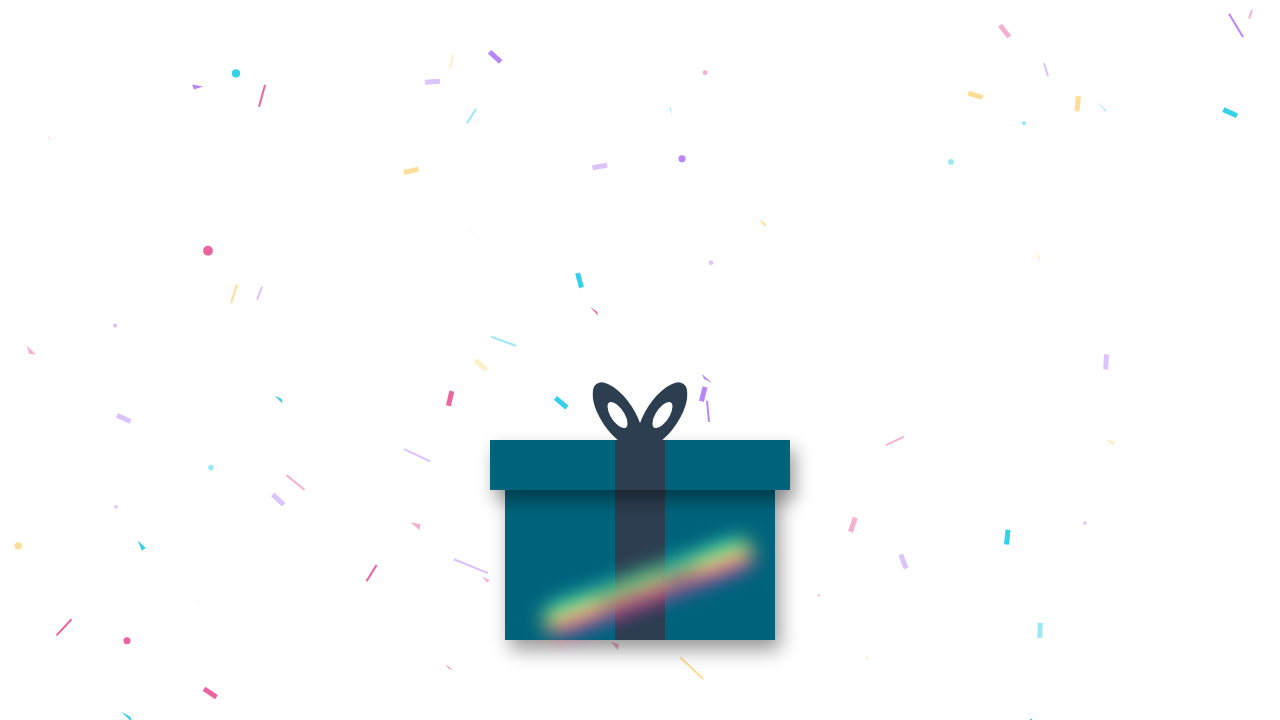
Repository: trongnghia161001/birth_day
Page: index.html
The author's editor kept a copy of each file at every save. The page is drawn from the files as they stood at one save, then again after the next save.
The browser window is 1280 px wide. The pictures show the whole page.

Above is the page before, as saved 2022-11-14 22:17:34.

### index.html
<!DOCTYPE html>
<html>

<head>
  <meta charset="utf-8" />
  <meta name="viewport" content="width=device-width" />
  <title>Happy Birthday!</title>

  <link rel="stylesheet" href="styles/flexbox-center-container.css" media="all">
  <link rel="stylesheet" href="styles/system-fonts.css" media="all">
  <link rel="stylesheet" href="styles/style.css" media="all">
</head>

<body>
  <canvas id=c></canvas>
  <canvas id="confetti"></canvas>
  <div class="container" id="count">
    <h1 id="head">Countdown to your birthday:</h1>
    <ul>
      <li><span id="day"></span>days</li>
      <li><span id="hour"></span>hours</li>
      <li><span id="minute"></span>minutes</li>
      <li><span id="second"></span>seconds</li>
    </ul>
  </div>
  <div id="merrywrap" class="merrywrap">
    <canvas id="snowfall"></canvas>
    <div class="giftbox">
      <div class="cover">
        <div></div>
      </div>
      <div class="box"></div>
    </div>
</body>
<script src="scripts/confetti.min.js" charset="utf-8"></script>
<script src="scripts/index.js" charset="utf-8"></script>

</html>

### styles/style.css
* {
  box-sizing: border-box;
  margin: 0;
  padding: 0;
}
canvas {
  position: absolute;
  top: 0;
  left: 0;
}
body {
  background: #ffffff;
  overflow: hidden;
}
.container {
  color: rgba(55, 59, 65, 0.8);
  font-family: Helvetica, sans-serif;
  font-weight: lighter;
  text-align: center;
}

h1 {
  font-weight: normal;
}
li {
  display: inline-block;
  font-size: 1.5em;
  list-style-type: none;
  padding: 1em;
  text-transform: uppercase;
}
li span {
  display: block;
  font-size: 4.5rem;
}
.merrywrap {
  position: absolute;
  right: 40px;
  left: 40px;
  bottom: 80px;
  top: 40px;
}
.giftbox {
  position: absolute;
  width: 300px;
  height: 200px;
  left: 50%;
  margin-left: -150px;
  bottom: 0;
  z-index: 10;
}


.giftbox > div {
  background: rgb(0, 99, 124);
  position: absolute;
  box-shadow: 5px 10px 18px rgba(0, 0, 0, 0.4);
}

.giftbox:hover > div {
  box-shadow: none;
  transition: 1s all;
}

.giftbox > div:after, .giftbox > div:before {
  position: absolute;
  content: "";
  top: 0;
}
.giftbox:after {
  position: absolute;
  color: #2C3E50;
  width: 100%;
  content: "Click Me!";
  left: 50px;
  bottom: 0;
  font-size: 24px;
  text-align: center;
  transform: rotate(-20deg);
  transform-origin: 0 0;
  background: linear-gradient(#14ffe9, #ffeb3b, #ff00e0);
  height: 30px;
  width: 220px;
  border-radius: 50px;
  filter: blur(10px);
}

.giftbox:after:hover {

}

.giftbox .cover {
  width: 100%;
  top: 0;
  left: 0;
  height: 25%;
  z-index: 2;
}
.giftbox .cover:before {
  position: absolute;
  height: 100%;
  left: 50%;
  width: 50px;
  transform: translateX(-50%);
  background: #2C3E50;
}
.giftbox .cover > div {
  position: absolute;
  width: 50px;
  height: 50px;
  left: 50%;
  top: -50px;
  transform: translateX(-50%);
}
.giftbox .cover > div:before, .giftbox .cover > div:after {
  position: absolute;
  left: 0;
  top: 0;
  width: 100%;
  height: 100%;
  content: "";
  box-shadow: inset 0 0 0 15px #2C3E50;
  border-radius: 30px;
  transform-origin: 50% 100%;
}
.giftbox .cover > div:before {
  transform: translateX(-45%) skewY(40deg);
}
.giftbox .cover > div:after {
  transform: translateX(45%) skewY(-40deg);
}
.giftbox .box {
  right: 5%;
  left: 5%;
  height: 80%;
  bottom: 0;
}
.giftbox .box:before {
  width: 50px;
  height: 100%;
  left: 50%;
  transform: translateX(-50%);
  background: #2C3E50;
}
.giftbox .box:after {
  width: 100%;
  height: 30px;
  background: rgba(0, 0, 0, 0);
}
.step-1 .giftbox {
  animation: wobble 0.5s linear infinite forwards;
}
.step-1 .cover {
  animation: wobble 0.5s linear infinite 5s forwards;
}
.step-1 .icons .row span {
  opacity: 1;
}
.step-2 .giftbox:after {
  opacity: 0;
}
.step-3 .giftbox, .step-4 .giftbox {
  opacity: 0;
  z-index: 1;
}
.step-3 .giftbox:after, .step-4 .giftbox:after {
  opacity: 0;
}
.step-2 .giftbox .cover {
  animation: flyUp 2s ease-in forwards;
}
.step-2 .giftbox .box {
  animation: flyDown 2s ease-in 0.05s forwards;
}
@keyframes wobble {
  25% {
      transform: rotate(4deg);
 }
  75% {
      transform: rotate(-2deg);
 }
}
@keyframes flyUp {
  75% {
      opacity: 1;
 }
  100% {
      transform: translateY(-1000px) rotate(20deg);
      opacity: 0;
 }
}
@keyframes flyDown {
  75% {
      opacity: 1;
 }
  100% {
      transform: translateY(100%);
      opacity: 0;
 }
}

### scripts/index.js
const count = document.getElementById('count');
const head = document.getElementById('head');
const giftbox = document.getElementById('merrywrap');
const canvasC = document.getElementById('c');

const config = {
  birthdate: 'Jan 29, 2020',
  name: 'Darlene'
};

function hideEverything() {
  head.style.display = 'none';
  count.style.display = 'none';
  giftbox.style.display = 'none';
  canvasC.style.display = 'none';
}

hideEverything();

const confettiSettings = { target: 'confetti' };
const confetti = new window.ConfettiGenerator(confettiSettings);
confetti.render();

const second = 1000,
  minute = second * 60,
  hour = minute * 60,
  day = hour * 24;

let countDown = new Date(`${config.birthdate} 00:00:00`).getTime();
x = setInterval(function() {
  let now = new Date().getTime(),
    distance = countDown - now;

  document.getElementById('day').innerText = Math.floor(distance / day);
  document.getElementById('hour').innerText = Math.floor(
    (distance % day) / hour
  );
  document.getElementById('minute').innerText = Math.floor(
    (distance % hour) / minute
  );
  document.getElementById('second').innerText = Math.floor(
    (distance % minute) / second
  );

  let w = (c.width = window.innerWidth),
    h = (c.height = window.innerHeight),
    ctx = c.getContext('2d'),
    hw = w / 2, // half-width
    hh = h / 2,
    opts = {
      strings: ['HAPPY', 'BIRTHDAY!', config.name],
      charSize: 30,
      charSpacing: 35,
      lineHeight: 40,

      cx: w / 2,
      cy: h / 2,

      fireworkPrevPoints: 10,
      fireworkBaseLineWidth: 5,
      fireworkAddedLineWidth: 8,
      fireworkSpawnTime: 200,
      fireworkBaseReachTime: 30,
      fireworkAddedReachTime: 30,
      fireworkCircleBaseSize: 20,
      fireworkCircleAddedSize: 10,
      fireworkCircleBaseTime: 30,
      fireworkCircleAddedTime: 30,
      fireworkCircleFadeBaseTime: 10,
      fireworkCircleFadeAddedTime: 5,
      fireworkBaseShards: 5,
      fireworkAddedShards: 5,
      fireworkShardPrevPoints: 3,
      fireworkShardBaseVel: 4,
      fireworkShardAddedVel: 2,
      fireworkShardBaseSize: 3,
      fireworkShardAddedSize: 3,
      gravity: 0.1,
      upFlow: -0.1,
      letterContemplatingWaitTime: 360,
      balloonSpawnTime: 20,
      balloonBaseInflateTime: 10,
      balloonAddedInflateTime: 10,
      balloonBaseSize: 20,
      balloonAddedSize: 20,
      balloonBaseVel: 0.4,
      balloonAddedVel: 0.4,
      balloonBaseRadian: -(Math.PI / 2 - 0.5),
      balloonAddedRadian: -1
    },
    calc = {
      totalWidth:
        opts.charSpacing *
        Math.max(opts.strings[0].length, opts.strings[1].length)
    },
    Tau = Math.PI * 2,
    TauQuarter = Tau / 4,
    letters = [];

  ctx.font = opts.charSize + 'px Verdana';

  function Letter(char, x, y) {
    this.char = char;
    this.x = x;
    this.y = y;

    this.dx = -ctx.measureText(char).width / 2;
    this.dy = +opts.charSize / 2;

    this.fireworkDy = this.y - hh;

    let hue = (x / calc.totalWidth) * 360;

    this.color = 'hsl(hue,80%,50%)'.replace('hue', hue);
    this.lightAlphaColor = 'hsla(hue,80%,light%,alp)'.replace('hue', hue);
    this.lightColor = 'hsl(hue,80%,light%)'.replace('hue', hue);
    this.alphaColor = 'hsla(hue,80%,50%,alp)'.replace('hue', hue);

    this.reset();
  }
  Letter.prototype.reset = function() {
    this.phase = 'firework';
    this.tick = 0;
    this.spawned = false;
    this.spawningTime = (opts.fireworkSpawnTime * Math.random()) | 0;
    this.reachTime =
      (opts.fireworkBaseReachTime +
        opts.fireworkAddedReachTime * Math.random()) |
      0;
    this.lineWidth =
      opts.fireworkBaseLineWidth + opts.fireworkAddedLineWidth * Math.random();
    this.prevPoints = [[0, hh, 0]];
  };
  Letter.prototype.step = function() {
    if (this.phase === 'firework') {
      if (!this.spawned) {
        ++this.tick;
        if (this.tick >= this.spawningTime) {
          this.tick = 0;
          this.spawned = true;
        }
      } else {
        ++this.tick;

        let linearProportion = this.tick / this.reachTime,
          armonicProportion = Math.sin(linearProportion * TauQuarter),
          x = linearProportion * this.x,
          y = hh + armonicProportion * this.fireworkDy;

        if (this.prevPoints.length > opts.fireworkPrevPoints)
          this.prevPoints.shift();

        this.prevPoints.push([x, y, linearProportion * this.lineWidth]);

        let lineWidthProportion = 1 / (this.prevPoints.length - 1);

        for (let i = 1; i < this.prevPoints.length; ++i) {
          let point = this.prevPoints[i],
            point2 = this.prevPoints[i - 1];

          ctx.strokeStyle = this.alphaColor.replace(
            'alp',
            i / this.prevPoints.length
          );
          ctx.lineWidth = point[2] * lineWidthProportion * i;
          ctx.beginPath();
          ctx.moveTo(point[0], point[1]);
          ctx.lineTo(point2[0], point2[1]);
          ctx.stroke();
        }

        if (this.tick >= this.reachTime) {
          this.phase = 'contemplate';

          this.circleFinalSize =
            opts.fireworkCircleBaseSize +
            opts.fireworkCircleAddedSize * Math.random();
          this.circleCompleteTime =
            (opts.fireworkCircleBaseTime +
              opts.fireworkCircleAddedTime * Math.random()) |
            0;
          this.circleCreating = true;
          this.circleFading = false;

          this.circleFadeTime =
            (opts.fireworkCircleFadeBaseTime +
              opts.fireworkCircleFadeAddedTime * Math.random()) |
            0;
          this.tick = 0;
          this.tick2 = 0;

          this.shards = [];

          let shardCount =
              (opts.fireworkBaseShards +
                opts.fireworkAddedShards * Math.random()) |
              0,
            angle = Tau / shardCount,
            cos = Math.cos(angle),
            sin = Math.sin(angle),
            x = 1,
            y = 0;

          for (let i = 0; i < shardCount; ++i) {
            let x1 = x;
            x = x * cos - y * sin;
            y = y * cos + x1 * sin;

            this.shards.push(new Shard(this.x, this.y, x, y, this.alphaColor));
          }
        }
      }
    } else if (this.phase === 'contemplate') {
      ++this.tick;

      if (this.circleCreating) {
        ++this.tick2;
        let proportion = this.tick2 / this.circleCompleteTime,
          armonic = -Math.cos(proportion * Math.PI) / 2 + 0.5;

        ctx.beginPath();
        ctx.fillStyle = this.lightAlphaColor
          .replace('light', 50 + 50 * proportion)
          .replace('alp', proportion);
        ctx.beginPath();
        ctx.arc(this.x, this.y, armonic * this.circleFinalSize, 0, Tau);
        ctx.fill();

        if (this.tick2 > this.circleCompleteTime) {
          this.tick2 = 0;
          this.circleCreating = false;
          this.circleFading = true;
        }
      } else if (this.circleFading) {
        ctx.fillStyle = this.lightColor.replace('light', 70);
        ctx.fillText(this.char, this.x + this.dx, this.y + this.dy);

        ++this.tick2;
        let proportion = this.tick2 / this.circleFadeTime,
          armonic = -Math.cos(proportion * Math.PI) / 2 + 0.5;

        ctx.beginPath();
        ctx.fillStyle = this.lightAlphaColor
          .replace('light', 100)
          .replace('alp', 1 - armonic);
        ctx.arc(this.x, this.y, this.circleFinalSize, 0, Tau);
        ctx.fill();

        if (this.tick2 >= this.circleFadeTime) this.circleFading = false;
      } else {
        ctx.fillStyle = this.lightColor.replace('light', 70);
        ctx.fillText(this.char, this.x + this.dx, this.y + this.dy);
      }

      for (let i = 0; i < this.shards.length; ++i) {
        this.shards[i].step();

        if (!this.shards[i].alive) {
          this.shards.splice(i, 1);
          --i;
        }
      }

      if (this.tick > opts.letterContemplatingWaitTime) {
        this.phase = 'balloon';

        this.tick = 0;
        this.spawning = true;
        this.spawnTime = (opts.balloonSpawnTime * Math.random()) | 0;
        this.inflating = false;
        this.inflateTime =
          (opts.balloonBaseInflateTime +
            opts.balloonAddedInflateTime * Math.random()) |
          0;
        this.size =
          (opts.balloonBaseSize + opts.balloonAddedSize * Math.random()) | 0;

        let rad =
            opts.balloonBaseRadian + opts.balloonAddedRadian * Math.random(),
          vel = opts.balloonBaseVel + opts.balloonAddedVel * Math.random();

        this.vx = Math.cos(rad) * vel;
        this.vy = Math.sin(rad) * vel;
      }
    } else if (this.phase === 'balloon') {
      ctx.strokeStyle = this.lightColor.replace('light', 80);

      if (this.spawning) {
        ++this.tick;
        ctx.fillStyle = this.lightColor.replace('light', 70);
        ctx.fillText(this.char, this.x + this.dx, this.y + this.dy);

        if (this.tick >= this.spawnTime) {
          this.tick = 0;
          this.spawning = false;
          this.inflating = true;
        }
      } else if (this.inflating) {
        ++this.tick;

        let proportion = this.tick / this.inflateTime,
          x = (this.cx = this.x),
          y = (this.cy = this.y - this.size * proportion);

        ctx.fillStyle = this.alphaColor.replace('alp', proportion);
        ctx.beginPath();
        generateBalloonPath(x, y, this.size * proportion);
        ctx.fill();

        ctx.beginPath();
        ctx.moveTo(x, y);
        ctx.lineTo(x, this.y);
        ctx.stroke();

        ctx.fillStyle = this.lightColor.replace('light', 70);
        ctx.fillText(this.char, this.x + this.dx, this.y + this.dy);

        if (this.tick >= this.inflateTime) {
          this.tick = 0;
          this.inflating = false;
        }
      } else {
        this.cx += this.vx;
        this.cy += this.vy += opts.upFlow;

        ctx.fillStyle = this.color;
        ctx.beginPath();
        generateBalloonPath(this.cx, this.cy, this.size);
        ctx.fill();

        ctx.beginPath();
        ctx.moveTo(this.cx, this.cy);
        ctx.lineTo(this.cx, this.cy + this.size);
        ctx.stroke();

        ctx.fillStyle = this.lightColor.replace('light', 70);
        ctx.fillText(
          this.char,
          this.cx + this.dx,
          this.cy + this.dy + this.size
        );

        if (this.cy + this.size < -hh || this.cx < -hw || this.cy > hw)
          this.phase = 'done';
      }
    }
  };

  function Shard(x, y, vx, vy, color) {
    let vel =
      opts.fireworkShardBaseVel + opts.fireworkShardAddedVel * Math.random();

    this.vx = vx * vel;
    this.vy = vy * vel;

    this.x = x;
    this.y = y;

    this.prevPoints = [[x, y]];
    this.color = color;

    this.alive = true;

    this.size =
      opts.fireworkShardBaseSize + opts.fireworkShardAddedSize * Math.random();
  }
  Shard.prototype.step = function() {
    this.x += this.vx;
    this.y += this.vy += opts.gravity;

    if (this.prevPoints.length > opts.fireworkShardPrevPoints)
      this.prevPoints.shift();

    this.prevPoints.push([this.x, this.y]);

    let lineWidthProportion = this.size / this.prevPoints.length;

    for (let k = 0; k < this.prevPoints.length - 1; ++k) {
      let point = this.prevPoints[k],
        point2 = this.prevPoints[k + 1];

      ctx.strokeStyle = this.color.replace('alp', k / this.prevPoints.length);
      ctx.lineWidth = k * lineWidthProportion;
      ctx.beginPath();
      ctx.moveTo(point[0], point[1]);
      ctx.lineTo(point2[0], point2[1]);
      ctx.stroke();
    }

    if (this.prevPoints[0][1] > hh) this.alive = false;
  };

  function generateBalloonPath(x, y, size) {
    ctx.moveTo(x, y);
    ctx.bezierCurveTo(
      x - size / 2,
      y - size / 2,
      x - size / 4,
      y - size,
      x,
      y - size
    );
    ctx.bezierCurveTo(x + size / 4, y - size, x + size / 2, y - size / 2, x, y);
  }

  function anim() {
    window.requestAnimationFrame(anim);

    ctx.fillStyle = '#fff';
    ctx.fillRect(0, 0, w, h);

    ctx.translate(hw, hh);

    let done = true;
    for (let l = 0; l < letters.length; ++l) {
      letters[l].step();
      if (letters[l].phase !== 'done') done = false;
    }

    ctx.translate(-hw, -hh);

    if (done) for (let l = 0; l < letters.length; ++l) letters[l].reset();
  }

  for (let i = 0; i < opts.strings.length; ++i) {
    for (let j = 0; j < opts.strings[i].length; ++j) {
      letters.push(
        new Letter(
          opts.strings[i][j],
          j * opts.charSpacing +
            opts.charSpacing / 2 -
            (opts.strings[i].length * opts.charSize) / 2,
          i * opts.lineHeight +
            opts.lineHeight / 2 -
            (opts.strings.length * opts.lineHeight) / 2
        )
      );
    }
  }

  window.addEventListener('resize', function() {
    w = c.width = window.innerWidth;
    h = c.height = window.innerHeight;

    hw = w / 2;
    hh = h / 2;

    ctx.font = opts.charSize + 'px Verdana';
  });

  if (distance > 0) {
    head.style.display = 'initial';
    count.style.display = 'initial';
  } else {
    head.style.display = 'none';
    count.style.display = 'none';
    giftbox.style.display = 'initial';
    clearInterval(x);
    let merrywrap = document.getElementById('merrywrap');
    let box = merrywrap.getElementsByClassName('giftbox')[0];
    let step = 1;
    let stepMinutes = [2000, 2000, 1000, 1000];

    function init() {
      box.addEventListener('click', openBox, false);
      box.addEventListener('click', showfireworks, false);
    }

    function stepClass(step) {
      merrywrap.className = 'merrywrap';
      merrywrap.className = 'merrywrap step-' + step;
    }

    function openBox() {
      if (step === 1) {
        box.removeEventListener('click', openBox, false);
      }
      stepClass(step);
      if (step === 3) {
      }
      if (step === 4) {
        return;
      }
      setTimeout(openBox, stepMinutes[step - 1]);
      step++;
      //   setTimeout(anim, 1900);
    }

    function showfireworks() {
      canvasC.style.display = 'initial';
      setTimeout(anim, 1500);
    }

    init();
  }

  // if (distance < 0) {
  //     clearInterval(x);
  //     console.log("happy birthday");
  // }
}, second);

Loaded but not shown: styles/flexbox-center-container.css (common file); styles/system-fonts.css (common file); scripts/confetti.min.js (library)

After the next save:
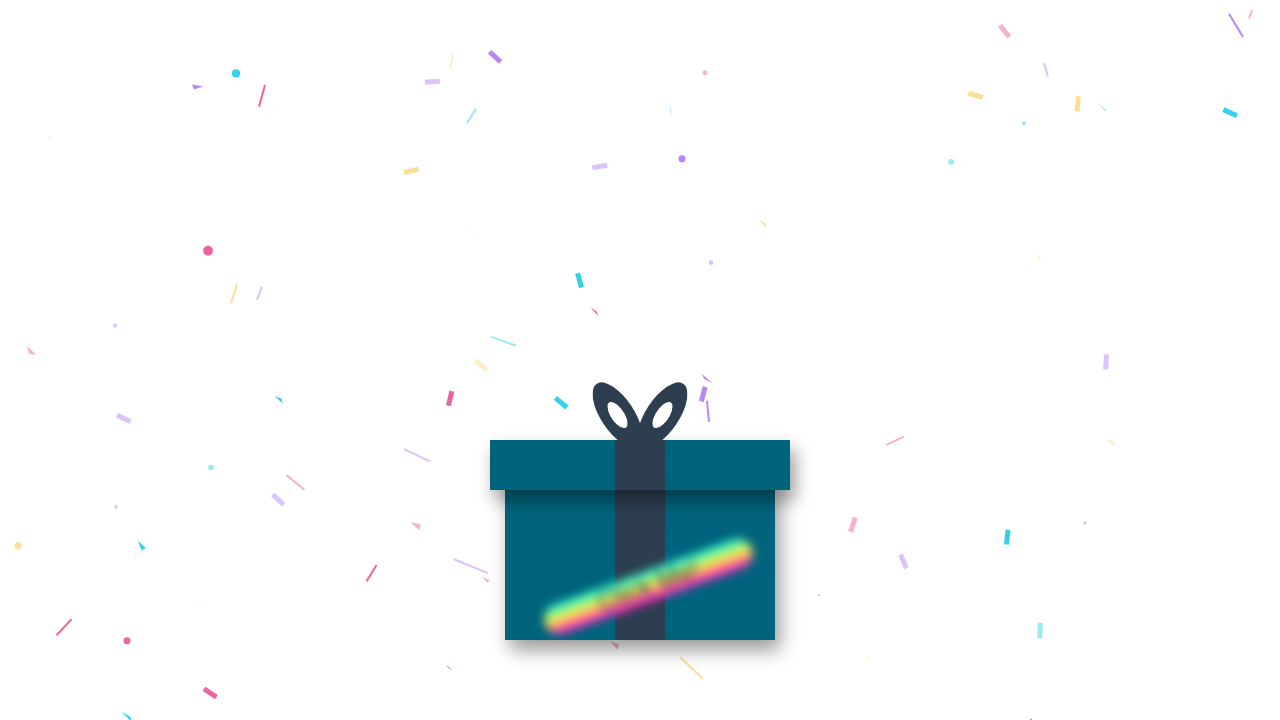
Saved 13 s later.
--- a/styles/style.css
+++ b/styles/style.css
@@ -82,7 +82,7 @@ li span {
   height: 30px;
   width: 220px;
   border-radius: 50px;
-  filter: blur(10px);
+  filter: blur(5px);
 }
 
 .giftbox:after:hover {
